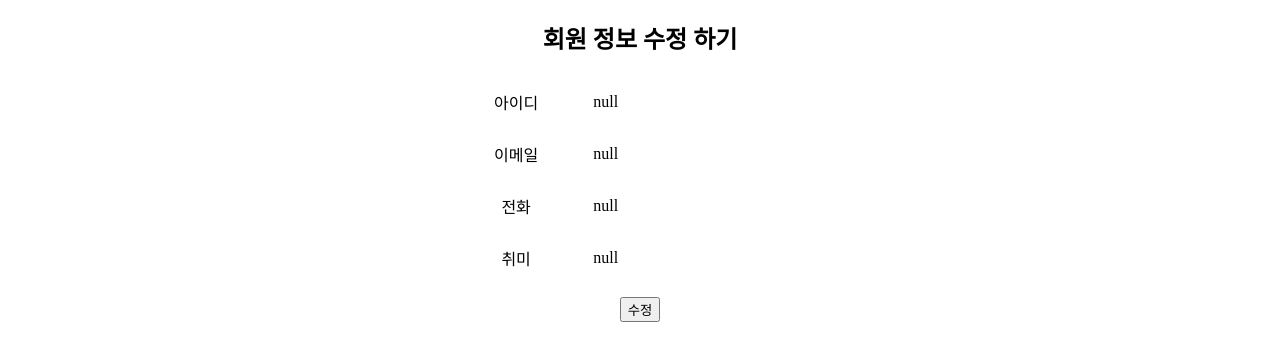
Repository: kdw1437/CreateBoardProject
Page: http://localhost/DataBase/MemberUpdateForm.jsp
The author's editor kept a copy of each file at every save. The page is drawn from the files as they stood at one save, then again after the next save.
The browser window is 1280 px wide. The pictures show the whole page.
The page is served by Tomcat 9. Queries for data that is not in the repository find no rows.

Above is the page before, as saved 2024-08-06 09:03:08.

After the next save:
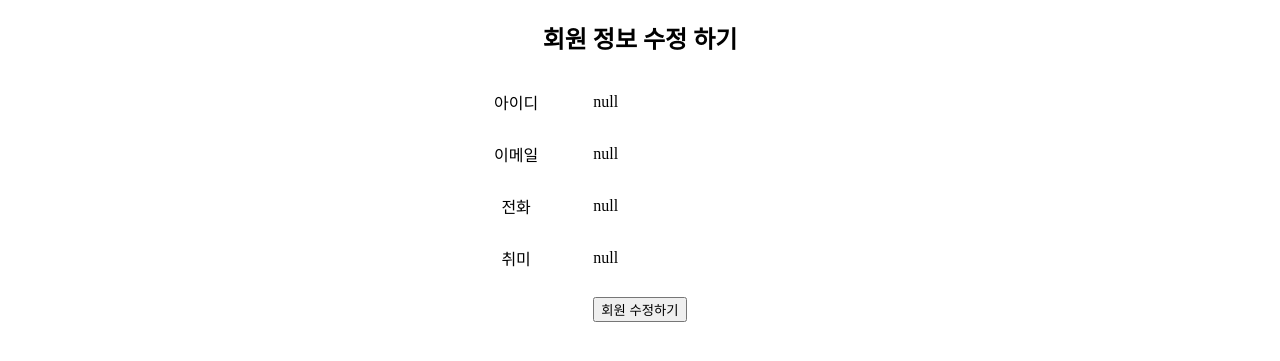
Saved 4 min 41 s later.
--- a/DataBase/src/main/webapp/MemberUpdateForm.jsp
+++ b/DataBase/src/main/webapp/MemberUpdateForm.jsp
@@ -37,7 +37,7 @@
 	</tr>
 	<tr height="50">
 		<td align="center" colspan="2">
-		<button onclick="location.href='MemberUpdateForm.jsp?id=<%=mbean.getId()%>'">수정</button>
+		<input type="submit" value="회원 수정하기">
 		</td>
 	</tr>
 	</form>
